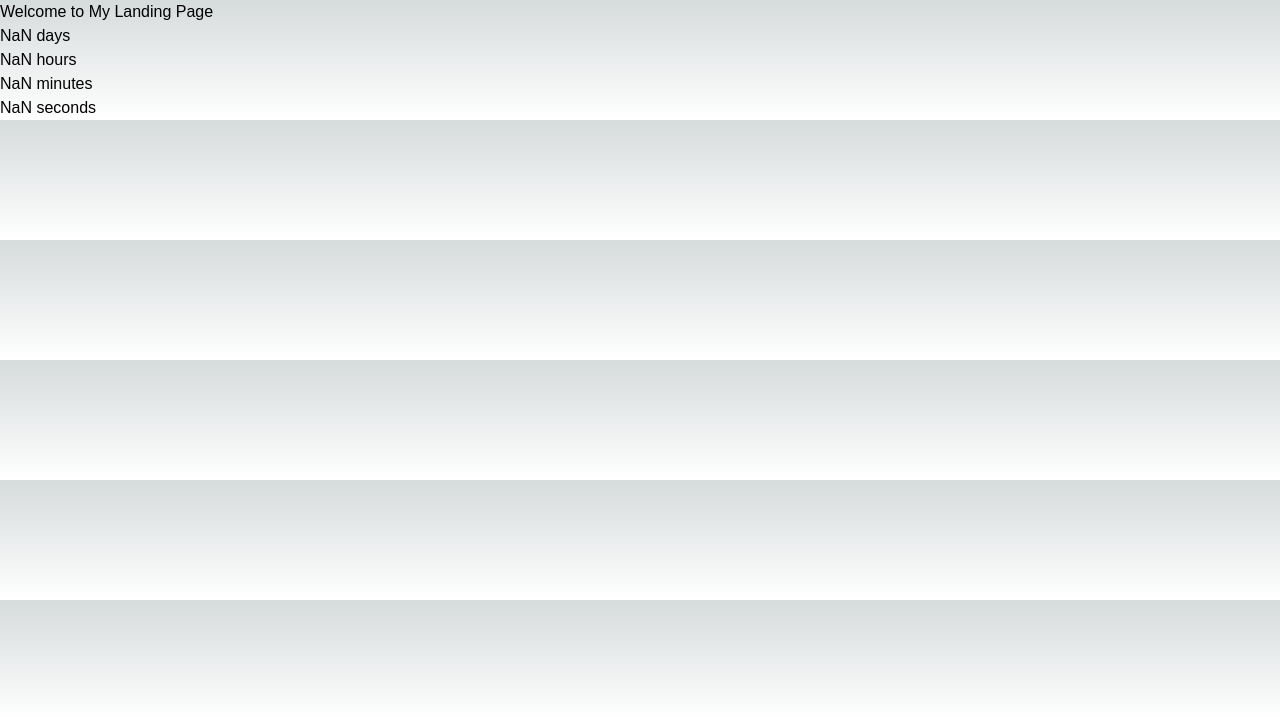
Repository: emorilebo/fixpoint_web
Page: /
The author's editor kept a copy of each file at every save. The page is drawn from the files as they stood at one save, then again after the next save.
The browser window is 1280 px wide. The pictures show the whole page.
The project was rebuilt for these pictures with package versions that can differ from the ones it lists, and the page was loaded fresh each time. The framework's server and built-in components were replaced by stand-ins that run in the browser. Also part of the build but not shown: next.config.js.

Above is the page before, as saved 2023-09-15 19:53:08.

After the next save:
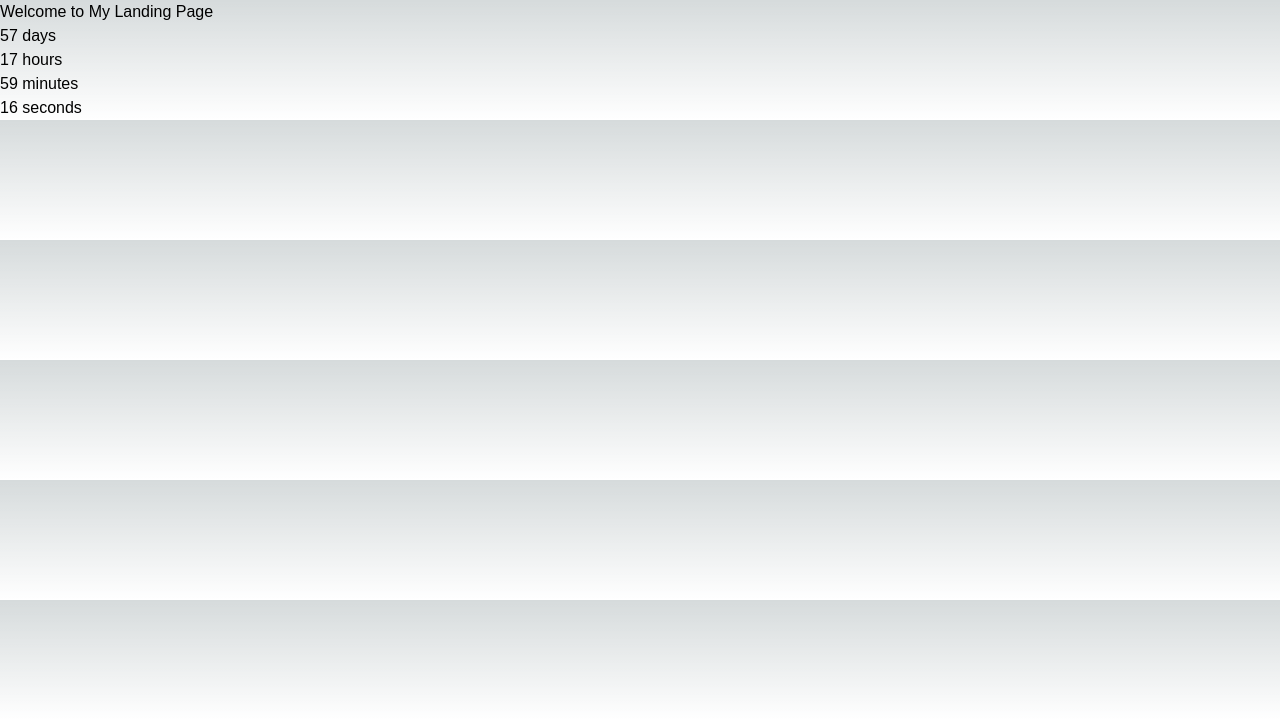
Saved 7 s later.
--- a/src/pages/index.tsx
+++ b/src/pages/index.tsx
@@ -1,7 +1,7 @@
 import Countdown from '../../components/Countdown';
 
 const HomePage: React.FC = () => {
-  const targetDate = '2023-30-01T00:00:00';
+  const targetDate = '2023-09-01T00:00:00';
 
   return (
     <div>
